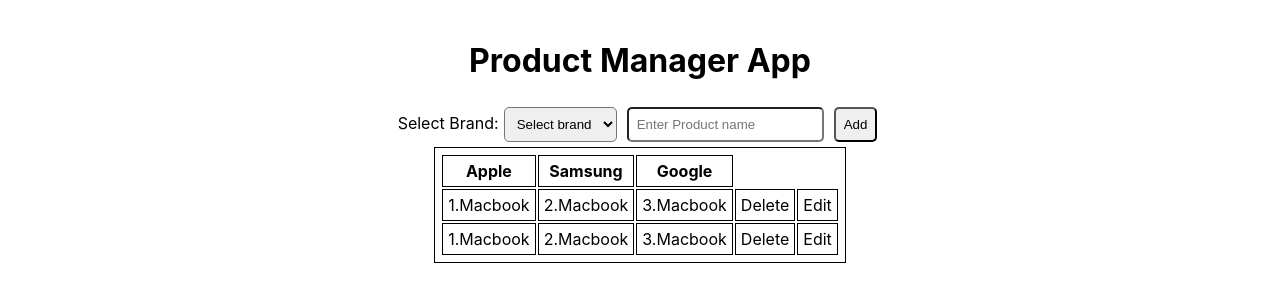
Repository: sunilkc-7/product-manager-app
Page: /
The author's editor kept a copy of each file at every save. The page is drawn from the files as they stood at one save, then again after the next save.
The browser window is 1280 px wide. The pictures show the whole page.
The project was rebuilt for these pictures with package versions that can differ from the ones it lists, and the page was loaded fresh each time.

Above is the page before, as saved 2023-07-31 19:27:30.

### src/App.js
import "./App.css";
import productsData from "./data/data.json";
import { useState } from "react";

function App() {
  const [brandList, setBrandList] = useState(productsData.brands);
  const [productList, setProductList] = useState(productsData.products);

  return (
    <div className="App">
      <h1>Product Manager App</h1>
      <div className="form-container">
        <label>Select Brand:</label>
        <select>
          <option value="">Select brand</option>
          {brandList.map((brand) => (
            <option key={brand} value={brand}>
              {brand}
            </option>
          ))}
        </select>

        <input type="text" placeholder="Enter Product name" />

        <button>Add</button>
      </div>
      <table>
        <thead>
          <tr>
            <th>Apple</th>
            <th>Samsung</th>
            <th>Google</th>
          </tr>
        </thead>
        <tbody>
          <tr>
            <td>1.Macbook</td>
            <td>2.Macbook</td>
            <td>3.Macbook</td>
            <td>Delete</td>
            <td>Edit</td>
          </tr>
          <tr>
            <td>1.Macbook</td>
            <td>2.Macbook</td>
            <td>3.Macbook</td>
            <td>Delete</td>
            <td>Edit</td>
          </tr>
        </tbody>
      </table>
      {}
    </div>
  );
}

export default App;

### src/App.css
.body {
  display: flex;
  justify-content: center;
  height: 100vh;
  margin: 0;
}

.App {
  display: flex;
  flex-direction: column;
  justify-content: center;
  align-items: center;
  padding: 20px;
}

select,
input,
button {
  padding: 8px;
  border-radius: 5px;
  margin: 5px;
}

button {
  cursor: pointer;
}

table,
th,
td {
  border: 1px solid black;
  padding: 5px;
}

### src/data/data.json
{
  "brands": ["Brand A", "Brand B", "Brand C"],
  "products": [
    {
      "brand": "Apple",
      "name": "Product1"
    },
    {
      "brand": "Samsung",
      "name": "Product2"
    },
    {
      "brand": "Google",
      "name": "Product3"
    }
  ]
}

Loaded but not shown: public/index.html (common file); src/index.js (common file); src/index.css (common file); src/reportWebVitals.js (common file)

After the next save:
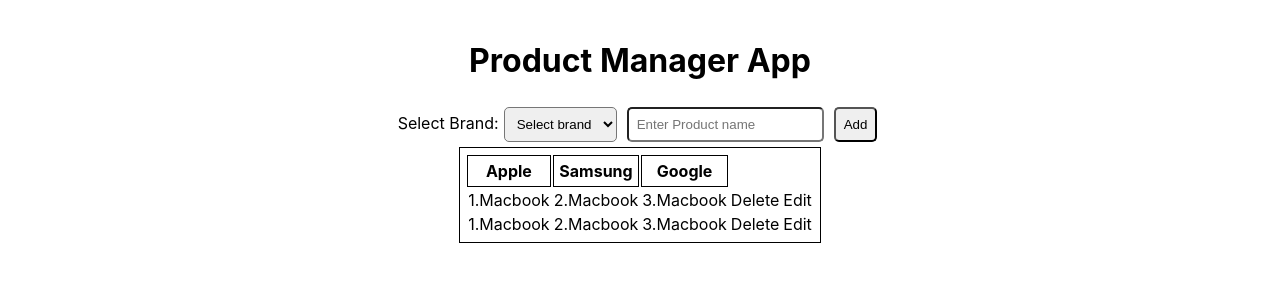
Saved 69 s later.
--- a/src/App.css
+++ b/src/App.css
@@ -26,8 +26,8 @@
 }
 
 table,
-th,
-td {
+th {
   border: 1px solid black;
+
   padding: 5px;
 }

After the save that followed:
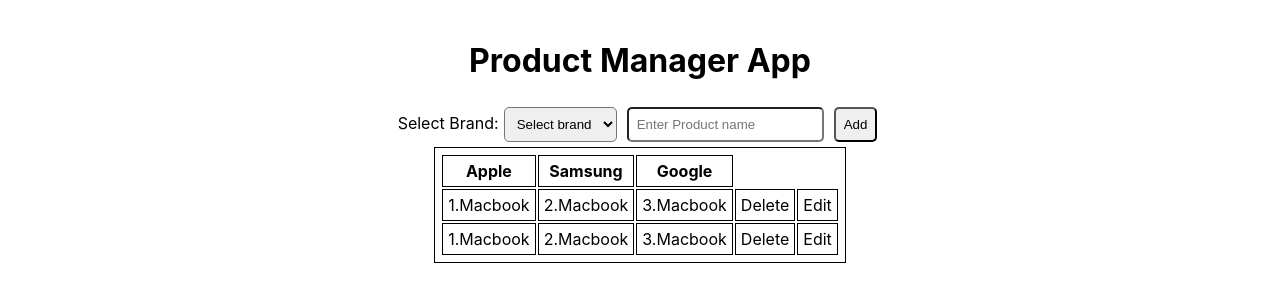
Saved 80 s later.
--- a/src/App.css
+++ b/src/App.css
@@ -26,8 +26,10 @@
 }
 
 table,
-th {
+th,
+td {
   border: 1px solid black;
+  border-collapse: border;
 
   padding: 5px;
 }
